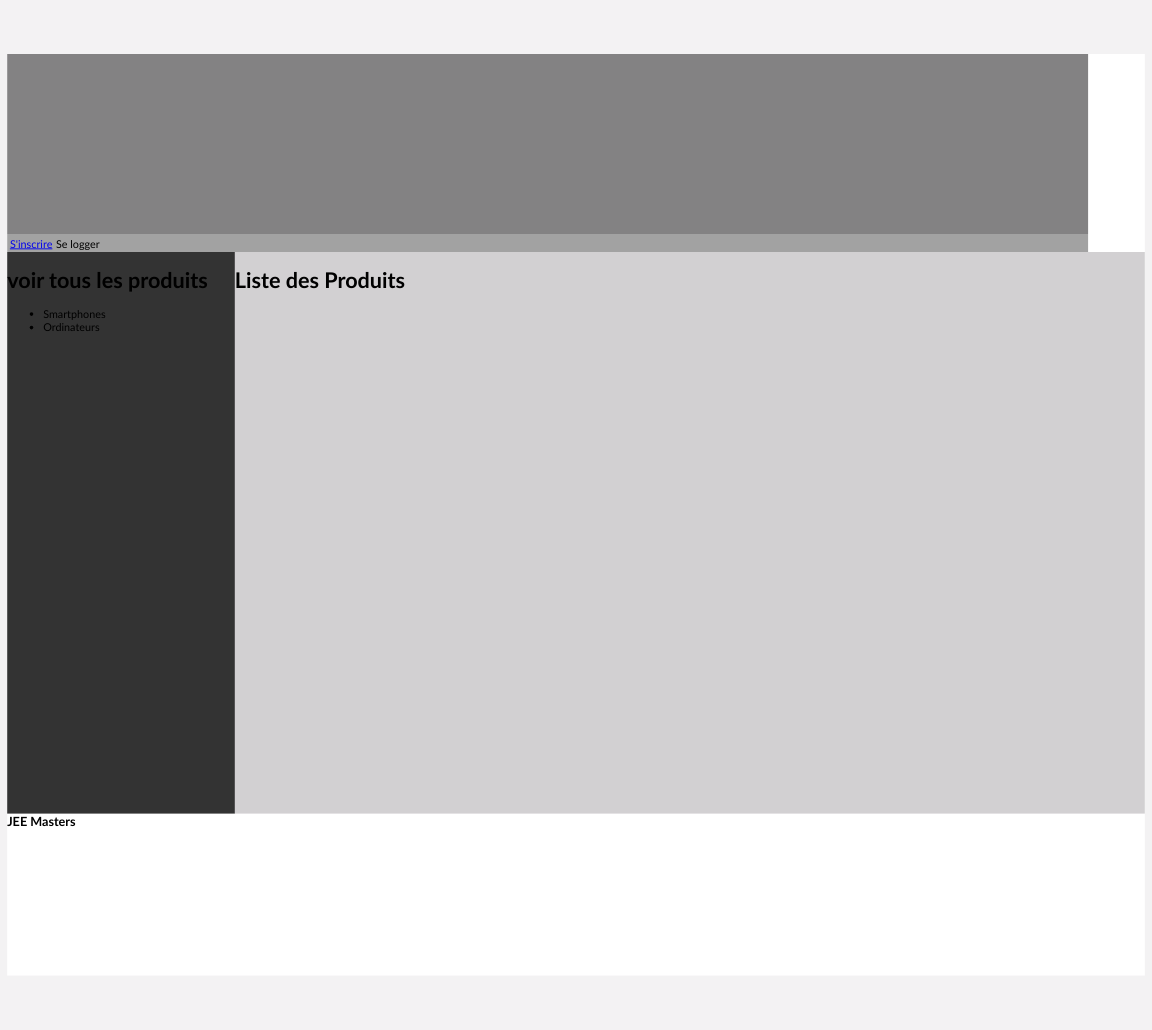
Repository: EBusinesss/Ebusiness
Page: http://localhost/EcomWEB/
These files come from the project's save history. The page is drawn as it stood at one moment and after the next save; the edit follows.
The browser window is 1280 px wide. The pictures show the whole page, at 90% of full size.
The page is served by Tomcat 9. Nobody is signed in. The application's start-up code is not run. Other server files are loaded and not shown.

Above is the page before, as saved 2014-12-08 20:48:40.

### Workspace/EcomWEB/WebContent/index.jsp
<%@ page language="java" contentType="text/html; charset=ISO-8859-1"
    pageEncoding="ISO-8859-1"%>

<!DOCTYPE html PUBLIC "-//W3C//DTD HTML 4.01 Transitional//EN" "http://www.w3.org/TR/html4/loose.dtd">
<html>
<head>
<link rel="stylesheet" type="text/css" href="./style/style.css" />
<meta http-equiv="Content-Type" content="text/html; charset=ISO-8859-1">
<title>Insert title here</title>
</head>
<body>

<div id="wrapper">

	<div id="header">

	</div>

	<div id="navigation">
	<table>
		<tr>
		<td><a href="Inscription.jsp"> S'inscrire </a></td>
		<td><a onclick="seLogger()"> Se logger </a></td>
		</tr>
	</table>
	</div>

	<div id="menuLateral">
	<h1> <a> voir tous les produits </a> </h1>

	<ul>
		<li> Smartphones</li>
		<li> Ordinateurs</li>
	</ul>
	</div>

	<div id="content">
	<h1>Liste des Produits </h1>


	</div>

	<div id="footers">
	<h3>JEE Masters</h3>
	</div>

<script >
function seLogger()
{

	window.confirm("test test");
	}

</script>


</div>
</body>
</html>

### Workspace/EcomWEB/WebContent/style/style.css
@CHARSET "ISO-8859-1";

body{
	background: #f3f2f3;
	color: #000000;
	font-family: Trebuchet MS, Arial, Times New Roman;
	font-size: 12px;
}


#wrapper {
	background: #FFFFFF;
	margin: 60px auto;
	width: 100%;
	height: 1024px;
}

#navigation {
	background: #a2a2a2;
	width: 95%;
	height: 20px;
}

#menuLateral{
	background: #333333;
	float: left;
	width: 20%;
	height: 624px;
}

#header{
	background: #838283;
	height: 200px;
	width: 95%;
}

#content {
	background: #d2d0d2;
	width: 80%;
	height: 624px;
	float: right;
}

#footer {
	background: #838283;
	height: 180px;
	width: 95%;
}

a{
	cursor: pointer;
}

After the next save:
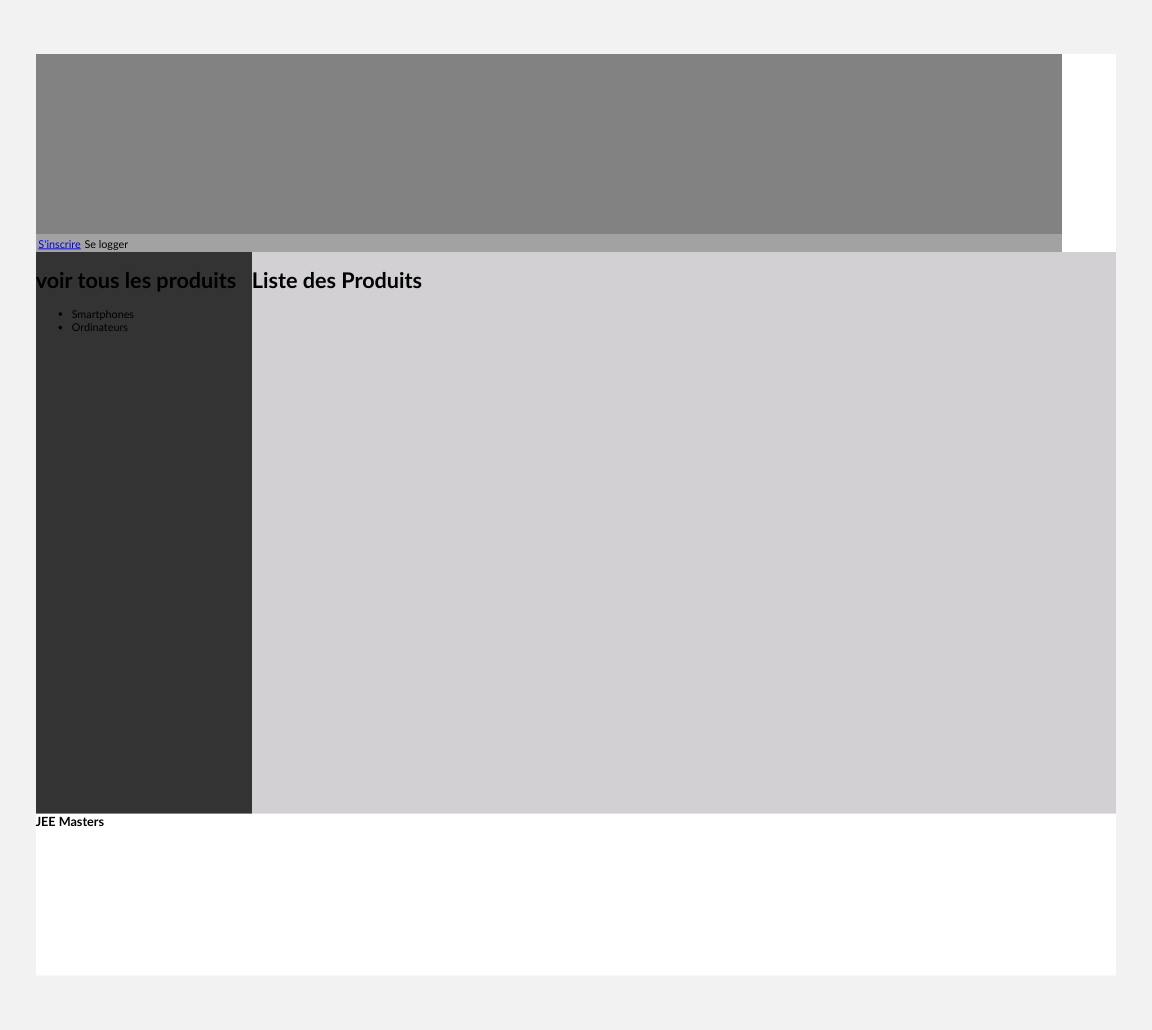
Saved 52 s later.
--- a/Workspace/EcomWEB/WebContent/style/style.css
+++ b/Workspace/EcomWEB/WebContent/style/style.css
@@ -11,7 +11,7 @@ body{
 #wrapper {
 	background: #FFFFFF;
 	margin: 60px auto;
-	width: 100%;
+	width: 95%;
 	height: 1024px;
 }
 
